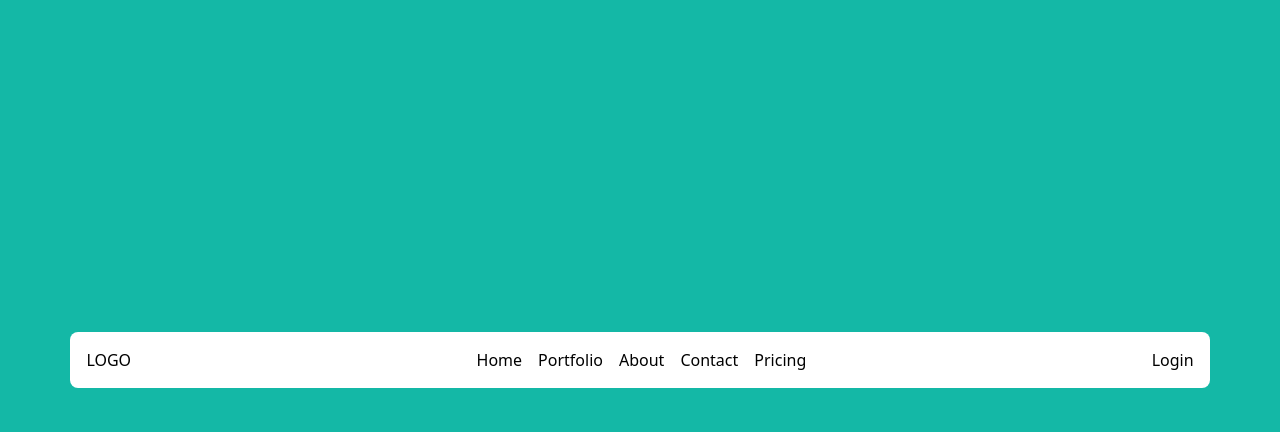
Repository: DevAntonioRogers/react-modal-with-dialog
Page: /
An editor plug-in stored every save of this project. The page is shown before and after the next save, followed by the edit.
The browser window is 1280 px wide. The pictures show the whole page.
The project was rebuilt for these pictures with package versions that can differ from the ones it lists, and the page was loaded fresh each time. Also part of the build but not shown: vite.config.ts.

Above is the page before, as saved 2023-05-10 08:45:54.

### src/App.tsx
function App() {
  return (
    <div className="flex items-center justify-center w-screen h-screen bg-teal-500">
      <nav className="flex justify-between items-center p-4 w-[89%] bg-white m-auto rounded-lg">
        <div>
          <h1>LOGO</h1>
        </div>

        <ul className="flex items-center gap-4">
          <li>
            <a href="#">Home</a>
          </li>
          <li>
            <a href="#">Portfolio</a>
          </li>
          <li>
            <a href="#">About</a>
          </li>
          <li>
            <a href="#">Contact</a>
          </li>
          <li>
            <a href="#">Pricing</a>
          </li>
        </ul>

        <div>
          <button>Login</button>
        </div>
      </nav>
    </div>
  );
}

export default App;

Loaded but not shown: index.html (common file); src/main.tsx (common file); src/index.css (common file); tailwind.config.js (common file)

After the next save:
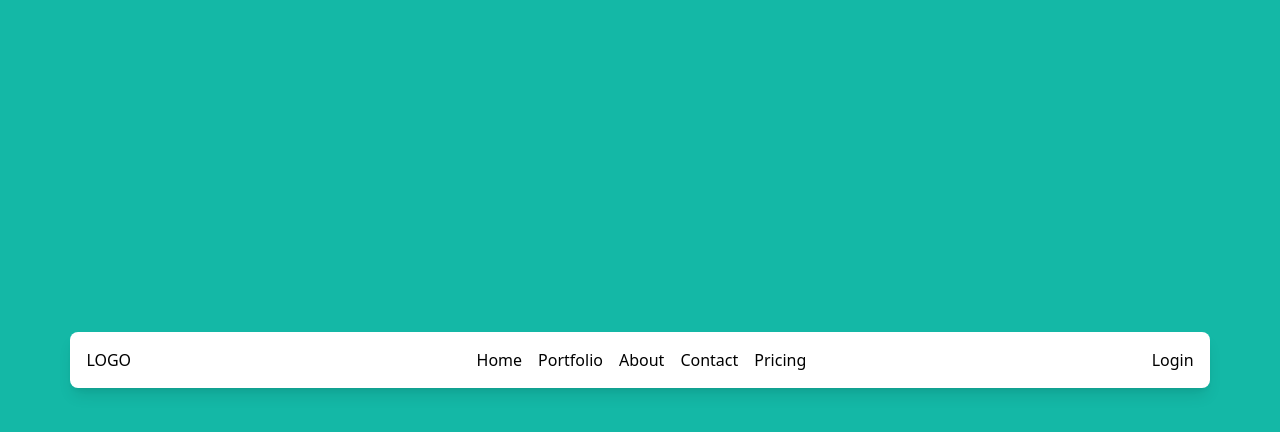
Saved 12 s later.
--- a/src/App.tsx
+++ b/src/App.tsx
@@ -1,7 +1,7 @@
 function App() {
   return (
     <div className="flex items-center justify-center w-screen h-screen bg-teal-500">
-      <nav className="flex justify-between items-center p-4 w-[89%] bg-white m-auto rounded-lg">
+      <nav className="flex justify-between items-center p-4 w-[89%] bg-white m-auto rounded-lg shadow-lg">
         <div>
           <h1>LOGO</h1>
         </div>
